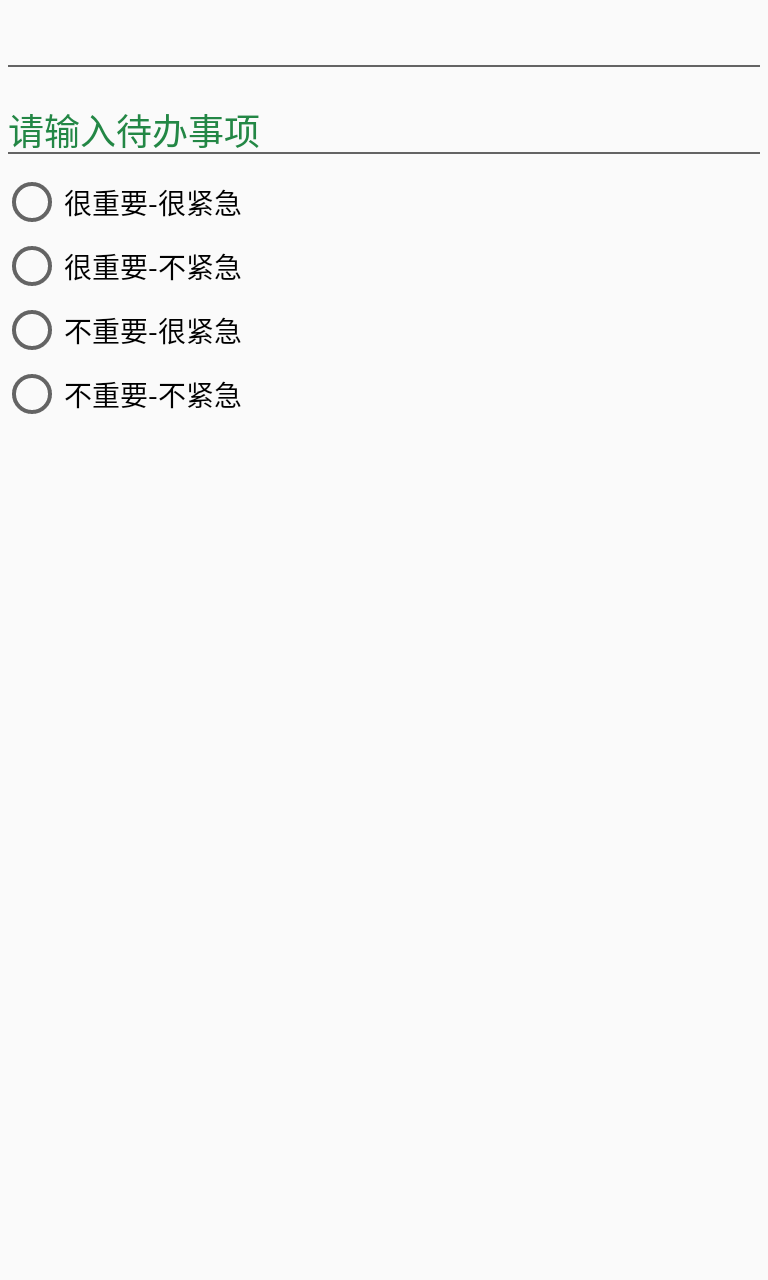
Repository: sh-zh-en/NBTodo
Layout: nbtodo/NBTodo/res/layout/addition_task_layout.xml
An editor plug-in stored every save of this project. The layout is shown before and after the next save, followed by the edit.
It is drawn on a 768 x 1280 px phone screen (xhdpi) without system bars, with theme AppTheme; the app's code is not run.

Above is the layout before, as saved 2015-02-05 22:31:17.

After the next save:
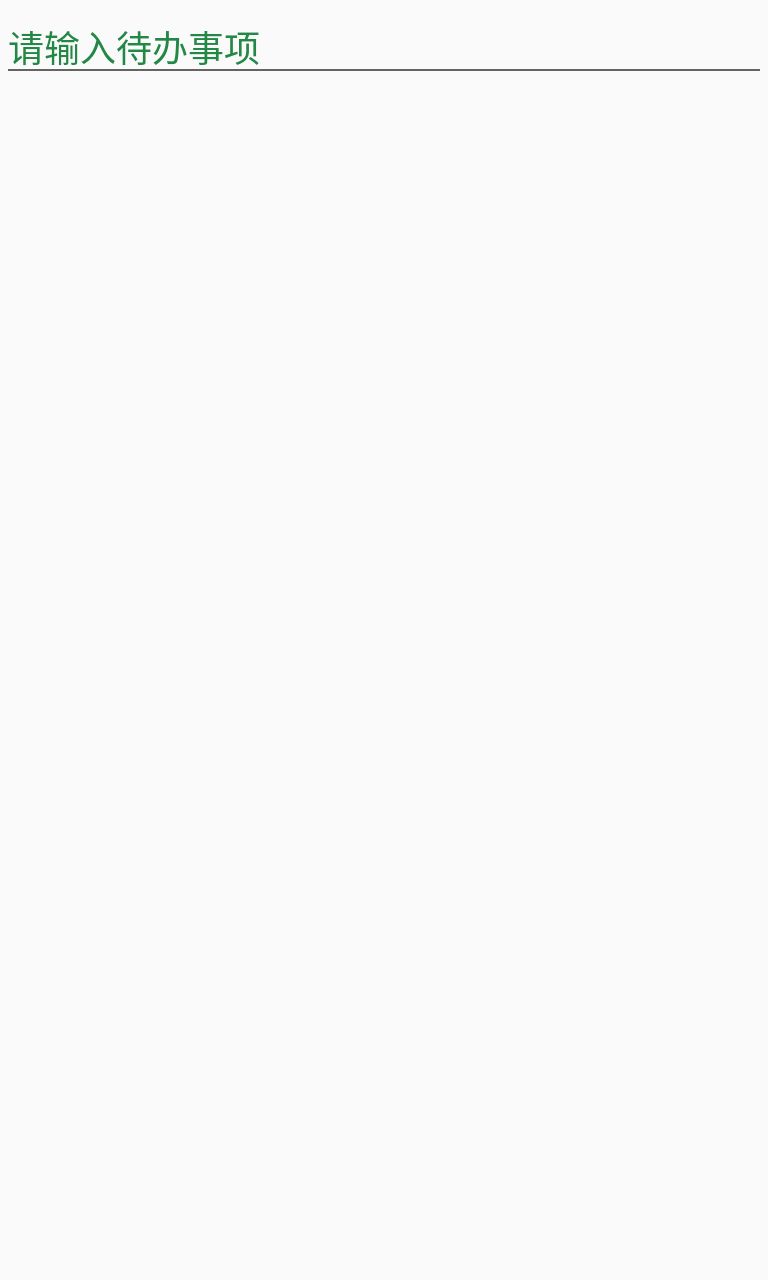
Saved 3 min 44 s later.
--- a/nbtodo/NBTodo/res/layout/addition_task_layout.xml
+++ b/nbtodo/NBTodo/res/layout/addition_task_layout.xml
@@ -2,12 +2,8 @@
 <LinearLayout xmlns:android="http://schemas.android.com/apk/res/android"
     android:layout_width="match_parent"
     android:layout_height="match_parent"
+    android:orientation="horizontal" >
     android:orientation="vertical" >
-
-    <EditText
-		android:id="@+id/edit_text"
-		android:layout_width="match_parent"
-		android:layout_height="wrap_content" />
 
     <EditText
 	    android:id="@+id/edit_text1"
